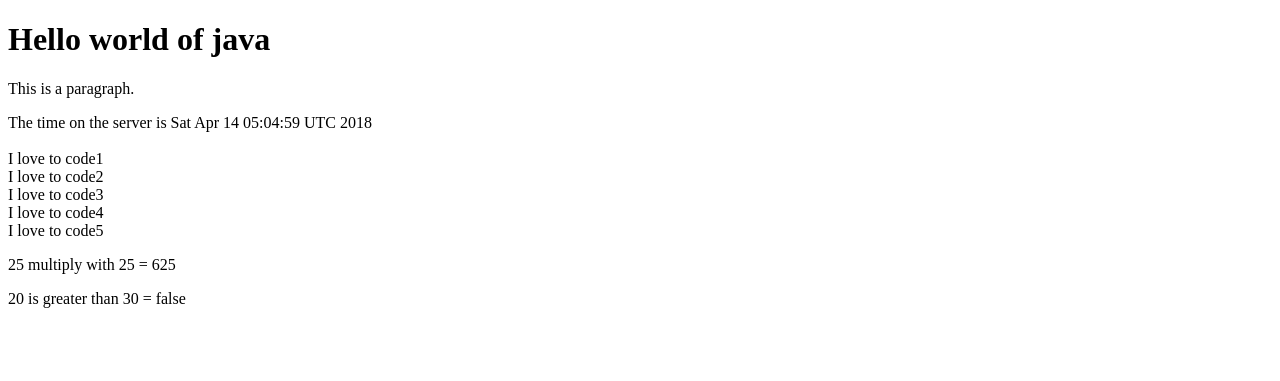
Repository: nishan1281/Java-training
Page: http://localhost/helloworld/helloworld.jsp
These files come from the project's save history. The page is drawn as it stood at one moment and after the next save; the edit follows.
The browser window is 1280 px wide. The pictures show the whole page.
The page is served by Tomcat 9.

Above is the page before, as saved 2018-04-14 05:23:14.

After the next save:
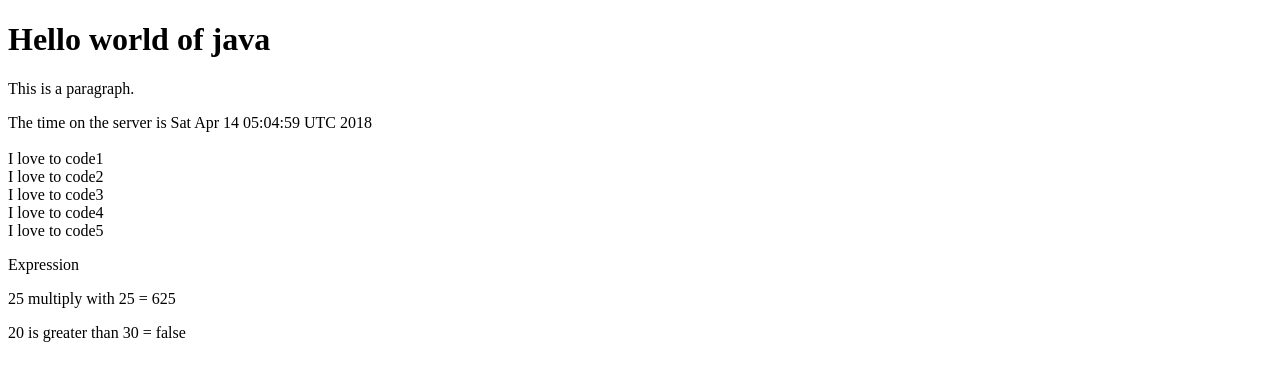
Saved 8 min 23 s later.
--- a/springProject/helloworld/WebContent/helloworld.jsp
+++ b/springProject/helloworld/WebContent/helloworld.jsp
@@ -19,11 +19,23 @@ The time on the server is <%= new java.util.Date() %>
 %>
 
 <div>
-
+<p>Expression</p>
 <p> 25 multiply with 25 = <%= 25*25 %> </p>
 <p> 20 is greater than 30 =  <%=20>30 %> </p>
+</div>
 
+<div>
+<p style="background-color:red ; > sdaf</p>
 </div>
+
+
+
+
+
+
+
+
+
 
 
 </body>
